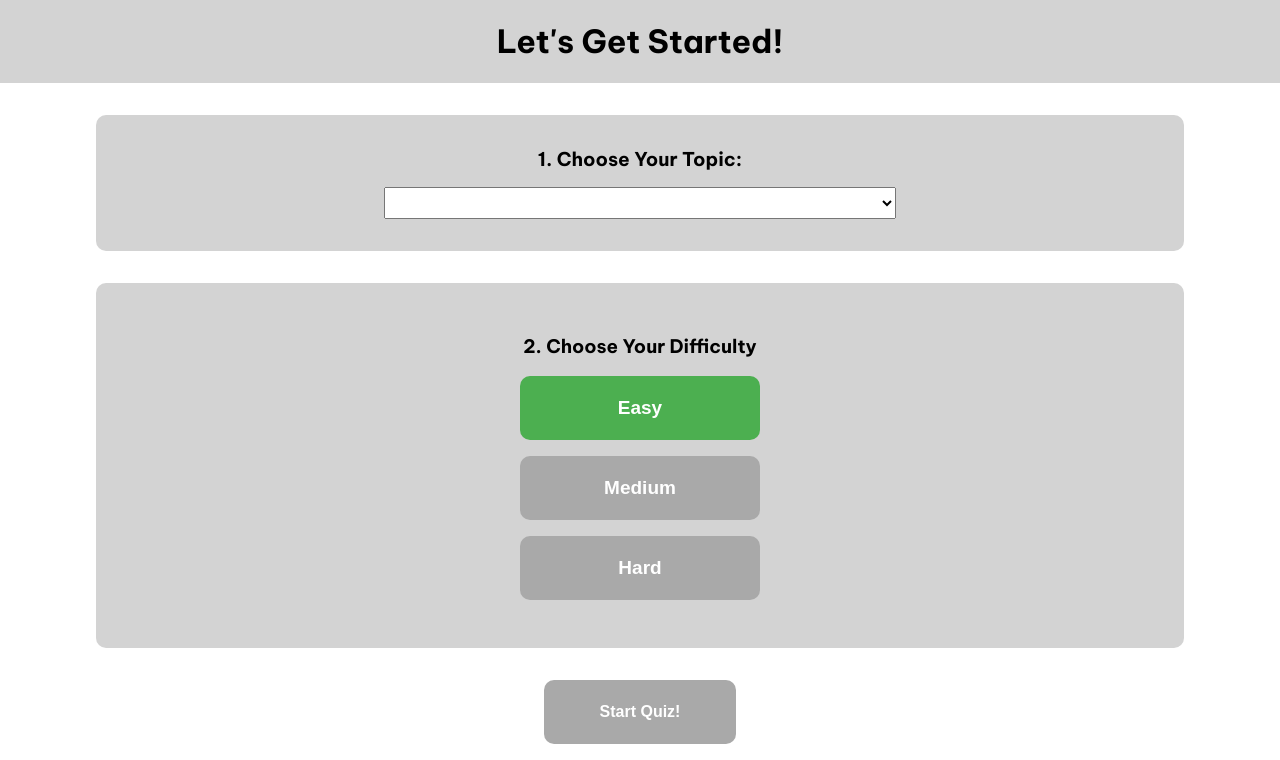
Repository: SaraShio/trivia_game
Page: index.html
An editor plug-in stored every save of this project. The page is shown before and after the next save, followed by the edit.
The browser window is 1280 px wide. The pictures show the whole page.
The page's requests for data from a server got no answer.

Above is the page before, as saved 2023-05-02 15:23:44.

### index.html
<!DOCTYPE html>
<html lang="en">

<head>
    <title>Trivia</title>
</head>

<script type="module" src="./src/main.js"></script>
<link rel="stylesheet" href="styles.css">

<body>
    <div class="container">
        <div class="header">
            <h1>Let's Get Started!</h1>
        </div>
        <div class="topic">
            <label for="categories">1. Choose Your Topic:</label>
            <select name="categories" id="getCategories">
            </select>
        </div>
        <div class="difficulty">
            <h3>2. Choose Your Difficulty</h3>
            <button class="level active">Easy</button>
            <button class="level">Medium</button>
            <button class="level">Hard</button>
        </div>
        <button class="start">Start Quiz!</button>
    </div>

    <div class="container hidden" id="quiz">
        <div class="header">
            <h1>Questions</h1>
        </div>

        <div id="questions"></div>
    </div>
</body>

</html>

### src/main.js
import { getAll, getQuestions } from './categories.js'

getAll().then(data => {
    displayInDropdown(data);
});

var displayInDropdown = function (data) {
    if (Object.keys(data).length > 0) {
        var html = "<option></option>";
        for (let res of data.trivia_categories) {
            html += `<option value=${res.id}>${res.name}</option>`;
        };
        document.querySelector('#getCategories').innerHTML = html;
    }
}

var difficulty = "Easy";
var buttons = document.querySelectorAll(".level");

buttons.forEach((button) => {
    button.addEventListener('click', (e) => {
        e.preventDefault();
        difficulty = button.innerHTML;
        buttons.forEach((button) => {
            button.classList.remove('active');
        });
        button.classList.add('active');
        console.log(difficulty);
    });
});

var startButton = document.querySelector('.start');
startButton.addEventListener('click', (e) => {
    e.preventDefault();
    var category = document.querySelector('#getCategories').value;
    if (category === "") {
        alert("Please select a category");
    } else {
        getQuestions(category, difficulty).then(data => {
            console.log(data);
        });
    }
});

### styles.css
@import url('https://fonts.googleapis.com/css2?family=Be+Vietnam+Pro:wght@300;400;700&display=swap');

body {
    margin: 0 auto;
    font-family: 'Be Vietnam Pro', sans-serif;
}

.container {
    display: flex;
    flex-direction: column;
    align-items: center;
    gap: 2rem;
}

.hidden {
    display: none;
}

.header {
    width: 100%;
    background-color: lightgrey;
    display: flex;
    justify-content: center;
}

.topic,
.difficulty {
    display: flex;
    flex-direction: column;
    align-items: center;
    text-align: center;
    width: 80%;
    padding: 2rem;
    background-color: lightgrey;
    border-radius: 10px;
}

label {
    font-size: 19px;
    font-weight: 700;
    padding-bottom: 1rem;
}

#getCategories {
    width: 50%;
    height: 2rem;
}

button {
    font-weight: 700;
    height: 4rem;
    margin-bottom: 1rem;
    border-radius: 10px;
    border: none;
    color: white;
    background-color: darkgrey;
}

.level {
    width: 15rem;
    font-size: 19px;
    transition: background-color 0.3s ease;
}

.level.active {
    background-color: #4CAF50;
}

.start {
    font-size: 16px;
    width: 12rem;
}

### src/categories.js
export const getAll = async function () {
    var url = 'https://opentdb.com/api_category.php';

    const data = await fetch(url)
       .then(res => res.json());
    return data;
 }

export const getQuestions = async function (category, difficulty) {
      var url = 'https://opentdb.com/api.php?';
      if (category) {
         url += '&category=' + category;
      }
      if (difficulty) {
         url += '&difficulty=' + difficulty;
      }
      const data = await fetch(url)
         .then(res => res.json());
      return data;
   };

### src/process-data.js
const baseUrl = 'https://opentdb.com/';

export const getCategories = async function () {
   var url = baseUrl + 'api_category.php';

   const categories = await fetch(url)
      .then(res => res.json());
   return categories;
}

export const getQuestions = async function () {
   var url = baseUrl + 'api.php?amount=5&category=9&difficulty=easy&type=multiple';

   try {
      const response = await fetch(url);
      const data = await response.json();
      const questions = data.results.map(result => {
         return {
         question: result.question,
         options: [...result.incorrect_answers, result.correct_answer].sort()
         }
      });
      return questions;
   }  catch (error) {
      console.error(error);
   }
}

After the next save:
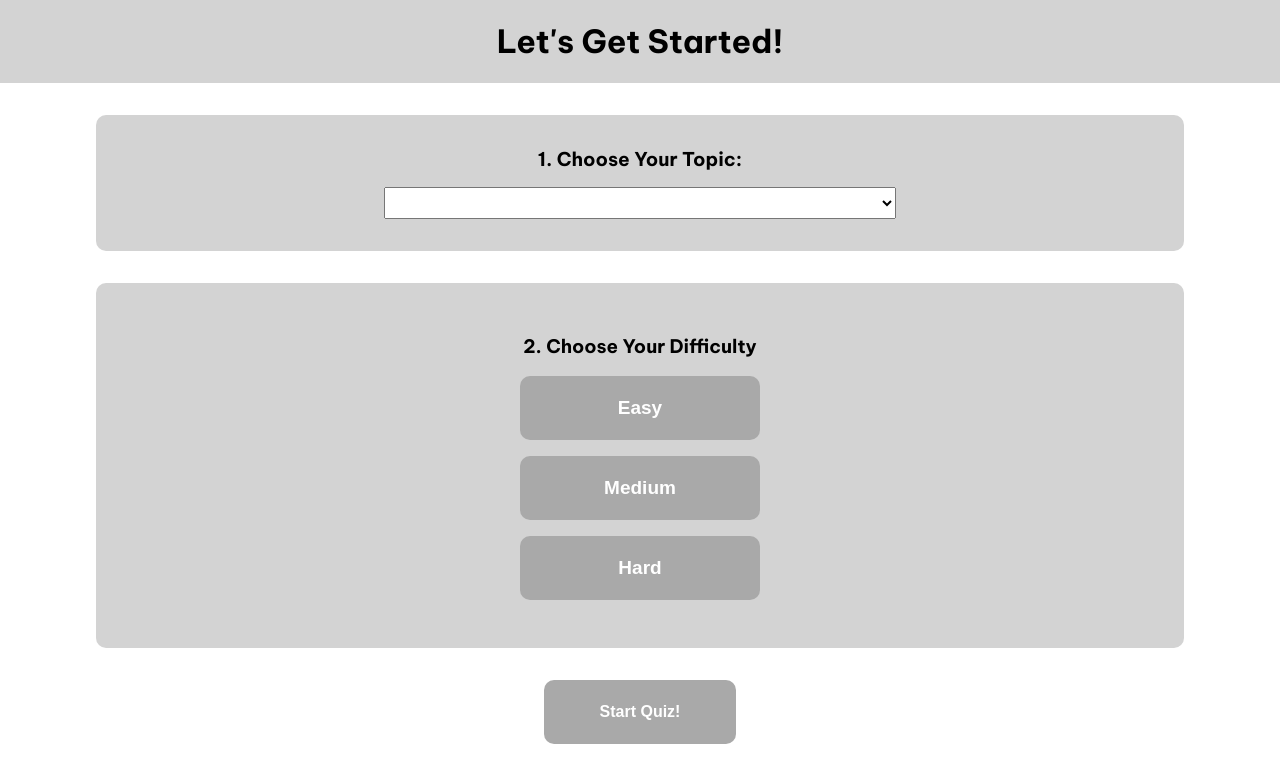
Saved 8 min 26 s later.
--- a/index.html
+++ b/index.html
@@ -20,20 +20,12 @@
         </div>
         <div class="difficulty">
             <h3>2. Choose Your Difficulty</h3>
-            <button class="level active">Easy</button>
+            <button class="level">Easy</button>
             <button class="level">Medium</button>
             <button class="level">Hard</button>
         </div>
         <button class="start">Start Quiz!</button>
     </div>
-
-    <div class="container hidden" id="quiz">
-        <div class="header">
-            <h1>Questions</h1>
-        </div>
-
-        <div id="questions"></div>
-    </div>
 </body>
 
 </html>
--- a/src/main.js
+++ b/src/main.js
@@ -1,43 +1,16 @@
-import { getAll, getQuestions } from './categories.js'
+import { getCategories } from './process-data.js'
 
-getAll().then(data => {
+getCategories().then(data => {
     displayInDropdown(data);
 });
 
 var displayInDropdown = function (data) {
     if (Object.keys(data).length > 0) {
         var html = "<option></option>";
+        data.trivia_categories.sort((a, b) => a.name.localeCompare(b.name));
         for (let res of data.trivia_categories) {
-            html += `<option value=${res.id}>${res.name}</option>`;
+            html += `<option>${res.name}</option>`;
         };
         document.querySelector('#getCategories').innerHTML = html;
     }
 }
-
-var difficulty = "Easy";
-var buttons = document.querySelectorAll(".level");
-
-buttons.forEach((button) => {
-    button.addEventListener('click', (e) => {
-        e.preventDefault();
-        difficulty = button.innerHTML;
-        buttons.forEach((button) => {
-            button.classList.remove('active');
-        });
-        button.classList.add('active');
-        console.log(difficulty);
-    });
-});
-
-var startButton = document.querySelector('.start');
-startButton.addEventListener('click', (e) => {
-    e.preventDefault();
-    var category = document.querySelector('#getCategories').value;
-    if (category === "") {
-        alert("Please select a category");
-    } else {
-        getQuestions(category, difficulty).then(data => {
-            console.log(data);
-        });
-    }
-});
--- a/styles.css
+++ b/styles.css
@@ -10,10 +10,6 @@ body {
     flex-direction: column;
     align-items: center;
     gap: 2rem;
-}
-
-.hidden {
-    display: none;
 }
 
 .header {
@@ -59,11 +55,6 @@ button {
 .level {
     width: 15rem;
     font-size: 19px;
-    transition: background-color 0.3s ease;
-}
-
-.level.active {
-    background-color: #4CAF50;
 }
 
 .start {
